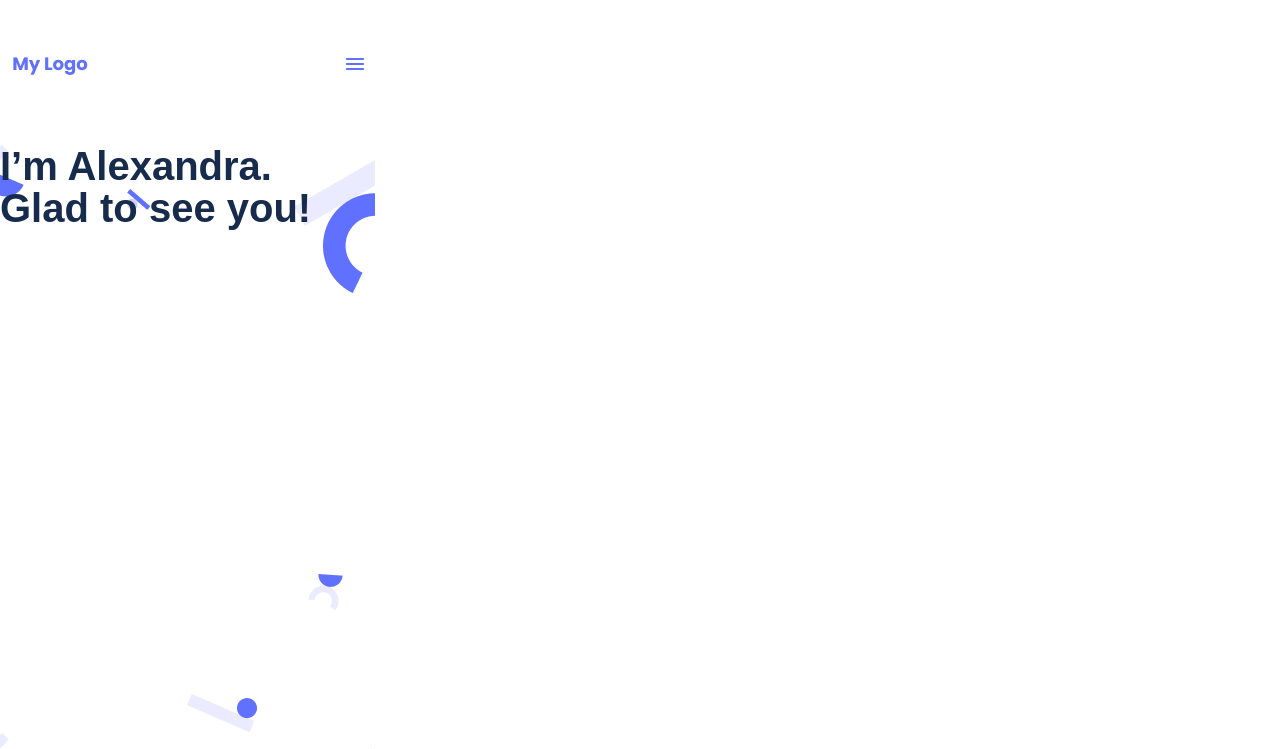
Repository: Paulinelali/potfoilo.github.io
Page: public/index.html
These files come from the project's save history. The page is drawn as it stood at one moment and after the next save; the edit follows.
The browser window is 1280 px wide. The pictures show the whole page.

Above is the page before, as saved 2023-03-24 21:36:39.

### public/index.html
<!DOCTYPE html>
<html lang="en">
<head>
    <meta charset="UTF-8">
    <meta http-equiv="X-UA-Compatible" content="IE=edge">
    <meta name="viewport" content="width=device-width, initial-scale=1.0">
    <link rel="stylesheet" href="../styles/style.css">
    <title>Ayomide S.E.P</title>
</head>
<body>

    <header class="header header-top">
        <div class="header-inner sp-btw-flex">
            <div class="heoader-log">
                <img src="../assets/Logo Placeholder.png" alt="">
            </div>
            <div class="header-mobile-icon">
                <img src="../assets/Normal Button/Tertiary/Enabled.png" alt="">
            </div>
        </div>
    </header>

    <section class="intro-section">
        <h2 class="intro-title">I’m Alexandra.
            Glad to see you!</h2>
    </section>
</body>
</html>

### styles/style.css
*{
    box-sizing: border-box;
    padding: 0px;
    margin: 0px;
}
.intro-section{
    background-image: url("../assets/header-shapes\ mobile.png");
    width: 375px;
    background-size: contain;
    position: absolute;
    top: 145px;
    height: 604px;

}

.intro-title{
    font-family: 'Poppins', sans-serif;
    font-size: 40px;
    font-weight: 700;
    line-height: 42px;
    color: #172B4D;
    width: 327px;
    align-items: center;
}

.header-inner{
    position: absolute;
    width: 375px;
    height: 48px;
    margin: auto;
    top: 44px;
    display: flex;
    justify-content: space-between;
}

.sp-btw-flex{ display: flex;}
.sp-btw-fle .heoader-log{
    width: 40px;
    height: 40px;
    left: 24px;
    top: cal(50% -40px/2);
    border-radius: 8px;
    -webkit-border-radius: 8px;
    -moz-border-radius: 8px;
    -ms-border-radius: 8px;
    -o-border-radius: 8px;
}

.header-mobile-icon{
    width: 40px;
    height: 40px;
    right: 24px;
    top: cal(50% -40px/2);
    border-radius: 8px;
    -webkit-border-radius: 8px;
    -moz-border-radius: 8px;
    -ms-border-radius: 8px;
    -o-border-radius: 8px;
}

After the next save:
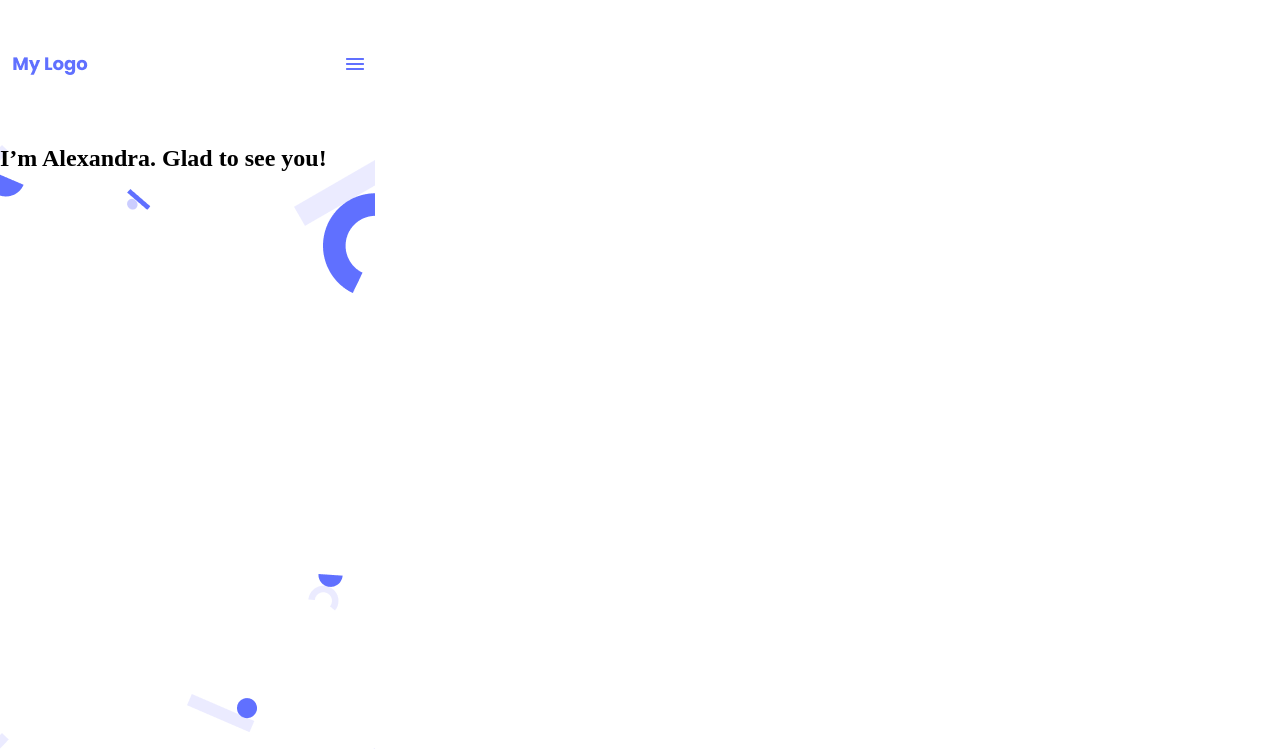
Saved 20 s later.
--- a/styles/style.css
+++ b/styles/style.css
@@ -11,16 +11,6 @@
     top: 145px;
     height: 604px;
 
-}
-
-.intro-title{
-    font-family: 'Poppins', sans-serif;
-    font-size: 40px;
-    font-weight: 700;
-    line-height: 42px;
-    color: #172B4D;
-    width: 327px;
-    align-items: center;
 }
 
 .header-inner{

After the 2 saves that followed:
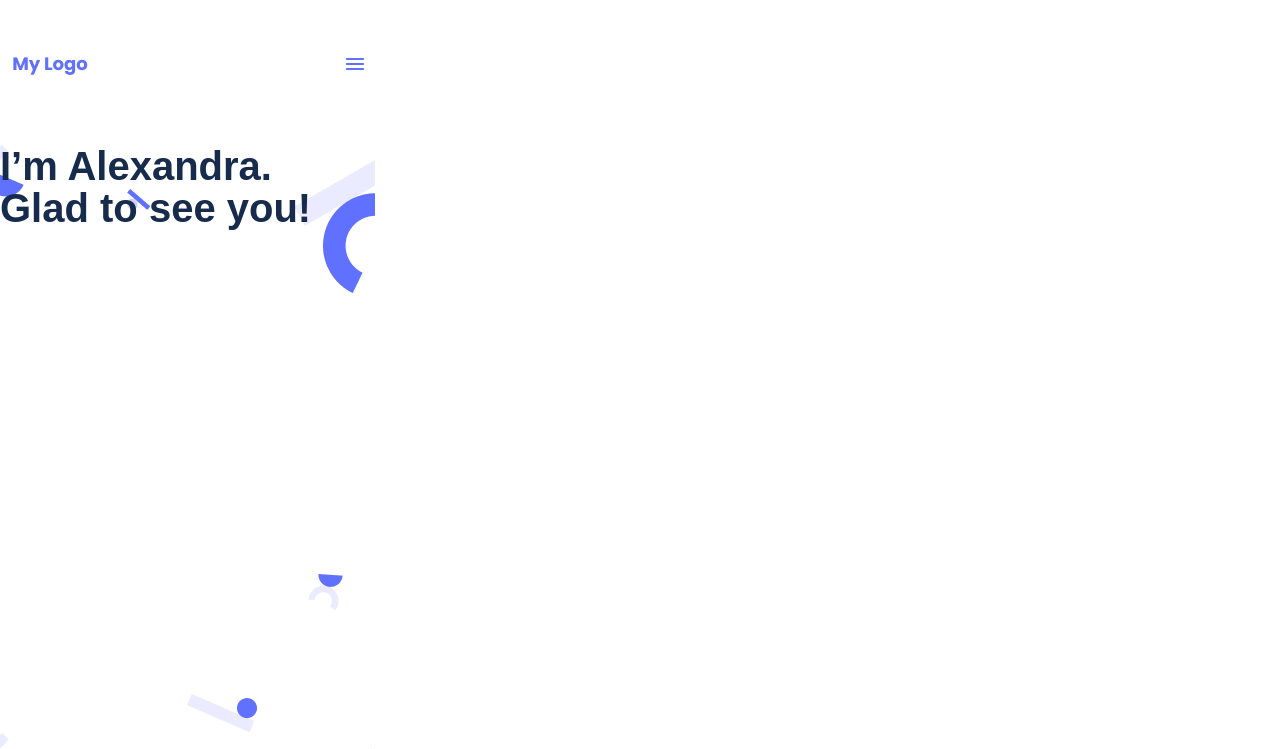
The 2 saves are shown as one change because they came seconds apart.
The last was saved 7 s later.
--- a/styles/style.css
+++ b/styles/style.css
@@ -47,3 +47,14 @@
     -ms-border-radius: 8px;
     -o-border-radius: 8px;
 }
+
+
+.intro-title{
+    font-family: 'Poppins', sans-serif;
+    font-size: 40px;
+    font-weight: 700;
+    line-height: 42px;
+    color: #172B4D;
+    width: 327px;
+    align-items: center;
+}
